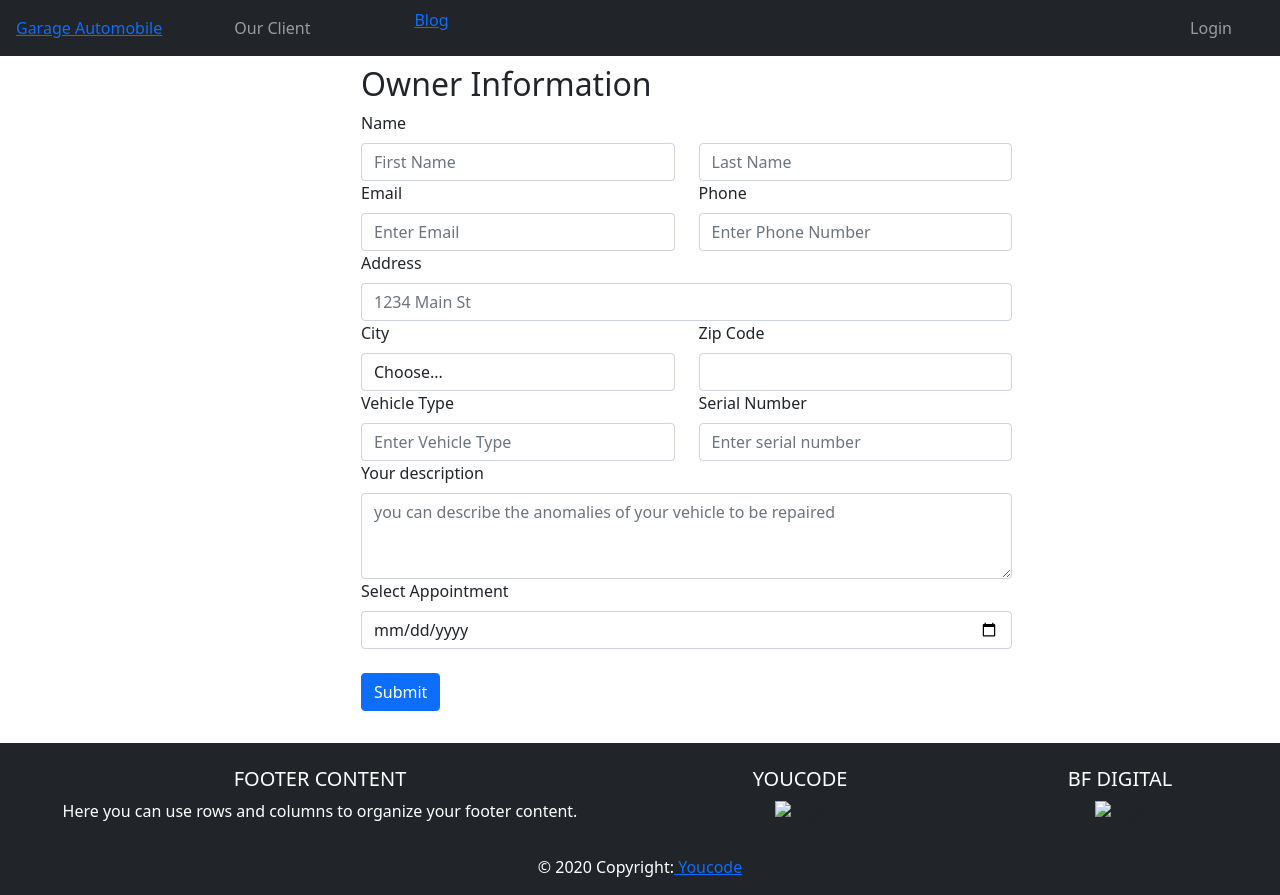
Repository: abdelhak-f/Fil-Rouge
Page: /FormGarage (app in client/)
The author's editor kept a copy of each file at every save. The page is drawn from the files as they stood at one save, then again after the next save.
The browser window is 1280 px wide. The pictures show the whole page.
The project was rebuilt for these pictures with package versions that can differ from the ones it lists, and the page was loaded fresh each time. Also part of the build but not shown: client/src/components/Text.jsx, client/src/components/forms/FirstFrontForm.jsx, client/src/components/Body.jsx, client/src/components/Blog.jsx.

Above is the page before, as saved 2021-09-09 15:11:45.

### client/public/index.html
<!DOCTYPE html>
<html lang="en">
  <head>
    <meta charset="utf-8" />
    <link rel="icon" href="%PUBLIC_URL%/favicon.ico" />
    <meta name="viewport" content="width=device-width, initial-scale=1" />
    <meta name="theme-color" content="#000000" />
    <meta
      name="description"
      content="Web site created using create-react-app"
    />
    <!--   import bootstrao  -->
    <link
  rel="stylesheet"
  href="https://cdn.jsdelivr.net/npm/bootstrap@5.1.0/dist/css/bootstrap.min.css"
  integrity="sha384-KyZXEAg3QhqLMpG8r+8fhAXLRk2vvoC2f3B09zVXn8CA5QIVfZOJ3BCsw2P0p/We"
  crossorigin="anonymous"
  />

    <link rel="apple-touch-icon" href="%PUBLIC_URL%/logo192.png" />
    <!--
      manifest.json provides metadata used when your web app is installed on a
      user's mobile device or desktop. See https://developers.google.com/web/fundamentals/web-app-manifest/
    -->
    <link rel="manifest" href="%PUBLIC_URL%/manifest.json" />
    <!--
      Notice the use of %PUBLIC_URL% in the tags above.
      It will be replaced with the URL of the `public` folder during the build.
      Only files inside the `public` folder can be referenced from the HTML.

      Unlike "/favicon.ico" or "favicon.ico", "%PUBLIC_URL%/favicon.ico" will
      work correctly both with client-side routing and a non-root public URL.
      Learn how to configure a non-root public URL by running `npm run build`.
    -->
    <title>React App</title>
  </head>
  <body>
    <noscript>You need to enable JavaScript to run this app.</noscript>
    <div id="root"></div>
    <!--
      This HTML file is a template.
      If you open it directly in the browser, you will see an empty page.

      You can add webfonts, meta tags, or analytics to this file.
      The build step will place the bundled scripts into the <body> tag.

      To begin the development, run `npm start` or `yarn start`.
      To create a production bundle, use `npm run build` or `yarn build`.
    -->
  </body>
</html>

### client/src/index.js
import React from 'react';
import ReactDOM from 'react-dom';
import './index.css';
import App from './App';
import reportWebVitals from './reportWebVitals';

// import bootstrap
import 'bootstrap/dist/css/bootstrap.min.css';

ReactDOM.render(
  <React.StrictMode>
    <App />
  </React.StrictMode>,
  document.getElementById('root')
);

// If you want to start measuring performance in your app, pass a function
// to log results (for example: reportWebVitals(console.log))
// or send to an analytics endpoint. Learn more: https://bit.ly/CRA-vitals
reportWebVitals();

### client/src/App.js
// import './App.css';
import React from 'react';

import Navbar from './components/Nnavbar';
import Body from './components/Body';
import Footer from './components/Footer';
import Blog from './components/Blog';
import FormGarage from './components/forms/FormGarage'

import { BrowserRouter as Router, Switch, Route } from 'react-router-dom';






function App() {
  return (


    <>
<Router>

     <Navbar />




    <Switch>
    <Route  path="/" exact component={Body} />
    <Route  path="/Blog" component={Blog} />
    <Route  path="/FormGarage" component={FormGarage} />
    </Switch>

    <Footer/>
</Router>
    </>

  );
}

export default App;

### client/src/components/Nnavbar.jsx
import React from 'react';
import { NavLink } from 'react-router-dom';

import * as ReactBootstrap from 'react-bootstrap';









function Navbar() {
    return(
      <>

            <ReactBootstrap.Navbar className="mb-5" collapseOnSelect expand="lg" bg="dark" variant="dark" fixed="top">

 <NavLink className="mx-3" to="/">Garage Automobile</NavLink>
 <ReactBootstrap.Navbar.Toggle aria-controls="responsive-navbar-nav" />
 <ReactBootstrap.Navbar.Collapse id="responsive-navbar-nav">
   <ReactBootstrap.Nav className="me-auto">
     <ReactBootstrap.Nav.Link className="mx-5" href="#features">Our Client</ReactBootstrap.Nav.Link>
     <NavLink  className="px-5" to="/blog">Blog</NavLink>
     {/* <ReactBootstrap.NavDropdown title="Dropdown" id="collasible-nav-dropdown">
       <ReactBootstrap.NavDropdown.Item href="#action/3.1">Action</ReactBootstrap.NavDropdown.Item>
       <ReactBootstrap.NavDropdown.Item href="#action/3.2">Another action</ReactBootstrap.NavDropdown.Item>
       <ReactBootstrap.NavDropdown.Item href="#action/3.3">Something</ReactBootstrap.NavDropdown.Item>
       <ReactBootstrap.NavDropdown.Divider />
       <ReactBootstrap.NavDropdown.Item href="#action/3.4">Separated link</ReactBootstrap.NavDropdown.Item>
     </ReactBootstrap.NavDropdown> */}
   </ReactBootstrap.Nav>
   <ReactBootstrap.Nav>
     <ReactBootstrap.Nav.Link href="#deets" className="px-5" > Login</ReactBootstrap.Nav.Link>
     {/* <ReactBootstrap.Nav.Link eventKey={2} href="#memes">
       Admin
     </ReactBootstrap.Nav.Link> */}
   </ReactBootstrap.Nav>
 </ReactBootstrap.Navbar.Collapse>

</ReactBootstrap.Navbar>





</>

    )
}

export default Navbar ;

### client/src/components/Footer.jsx
import React from "react";


function Footer () {
    return(
<footer  className="pt-4 page-footer font-small blue bg-dark ">
    <div className="text-center container-fluid text-md-left ">
        <div className="row">
            <div className="mt-3 text-white col-md-6 mt-md-0">
                <h5 className=" text-uppercase">Footer Content</h5>
                <p >Here you can use rows and columns to organize your footer content.</p>
            </div>

            <hr className="clearfix pb-0 w-100 d-md-none"/>

            <div className="mb-3 col-md-3 mb-md-0">
                <h5 className="text-white text-uppercase">Youcode</h5>
                <img src="" alt="logo" width={300} /></div>

            <div className="mb-3 col-md-3 mb-md-0">
                <h5 className="text-white text-uppercase " >BF Digital</h5>
                <img src="" alt="logo" width={300} />
            </div>
        </div>
    </div>

    <div className="py-3 text-center text-white footer-copyright " >© 2020 Copyright:
        <a href="https://www.youcode.ma/"> Youcode</a>
    </div>

</footer>
)

}

export default Footer

### client/src/components/forms/FormGarage.jsx
import React from 'react'
import {Form, Container,Jumbotron, Button, Row, Col} from 'react-bootstrap';
import '../css/style.css';

function FormGarage() {
    return (

        <Container className="mt-5 mb-3 form-inline">

            <Col md={{ span: 7, offset: 3 }}>
              <Jumbotron>
                <Form className="form-inline">
                  <Form.Group>
                    <h2>Owner Information</h2>
                    <Form.Label>Name</Form.Label>
                    <Row>
                      <Col>
                        <Form.Control placeholder="First Name"></Form.Control>
                      </Col>
                      <Col>
                        <Form.Control placeholder="Last Name"></Form.Control>
                      </Col>
                    </Row>
                  </Form.Group>
                  <Row>
                    <Form.Group as={Col} controlId="formGridEmail">
                      <Form.Label>Email</Form.Label>
                      <Form.Control type="email" placeholder="Enter Email" />
                    </Form.Group>
                    <Form.Group as={Col} controlId="formGridTel">
                      <Form.Label>Phone</Form.Label>
                      <Form.Control
                        type="telephone"
                        placeholder="Enter Phone Number"
                      />
                    </Form.Group>
                  </Row>
                  <Form.Group controlId="formGridAddress1">
                    <Form.Label>Address</Form.Label>
                    <Form.Control placeholder="1234 Main St" />
                  </Form.Group>

                  <Row>

                    <Form.Group as={Col} controlId="formGridState">
                      <Form.Label>City</Form.Label>
                      <Form.Control as="select">
                        <option>Choose...</option>
                        <option>Youssoufia</option>
                        <option>Safi</option>
                        <option>Marrakech</option>
                        <option>Agadir</option>
                        <option>Casablanca</option>
                        <option>Rabat</option>
                      </Form.Control>
                    </Form.Group>
                    <Form.Group as={Col} controlId="formGridCityZip">
                      <Form.Label>Zip Code</Form.Label>
                      <Form.Control />
                    </Form.Group>
                  </Row>
                  <Row>
                    <Form.Group as={Col} controlId="formGridEmail">
                      <Form.Label>Vehicle Type</Form.Label>
                      <Form.Control type="text" placeholder="Enter Vehicle Type" />
                    </Form.Group>
                    <Form.Group as={Col} controlId="formGridTel">
                      <Form.Label>Serial Number</Form.Label>
                      <Form.Control
                        type="number"
                        placeholder="Enter serial number"
                      />
                    </Form.Group>
                  </Row>
                  <Row>
                    <Form.Group className="" controlId="exampleForm.ControlTextarea1">
                      <Form.Label>Your description</Form.Label>
                      <Form.Control as="textarea" rows={3}
                        placeholder="you can describe the anomalies of your vehicle to be repaired"
                      />
                    </Form.Group>
                    <Form.Group as={Col} >
                    <Form.Label>Select Appointment</Form.Label>
                    <Form.Control
                      type="date"
                      // value={date}
                      // onChange={this.setDate}
                    />
                  </Form.Group>
                  {/* <Form.Group as={Col} >
                      <Form.Label>Choose a garagiste</Form.Label>
                      <Form.Control type="text" as="select" >
                       <option>Choose...</option>
                       </Form.Control>

                    </Form.Group> */}
                  </Row>
                  <br />


                  <Button className="mb-3"
                   variant="primary" type="submit">
                     Submit
                 </Button>

                </Form>
              </Jumbotron>
            </Col>


        </Container>

    )
}

export default FormGarage

### client/src/components/css/style.css

.Blog {
    margin-top: 5rem;
    margin-bottom: 5rem;
  }

  .form-inline {
      margin-top:  10%;
      width: 100%;
      height: 10%;
  }

Loaded but not shown: client/src/index.css (common file); client/src/reportWebVitals.js (common file)

After the next save:
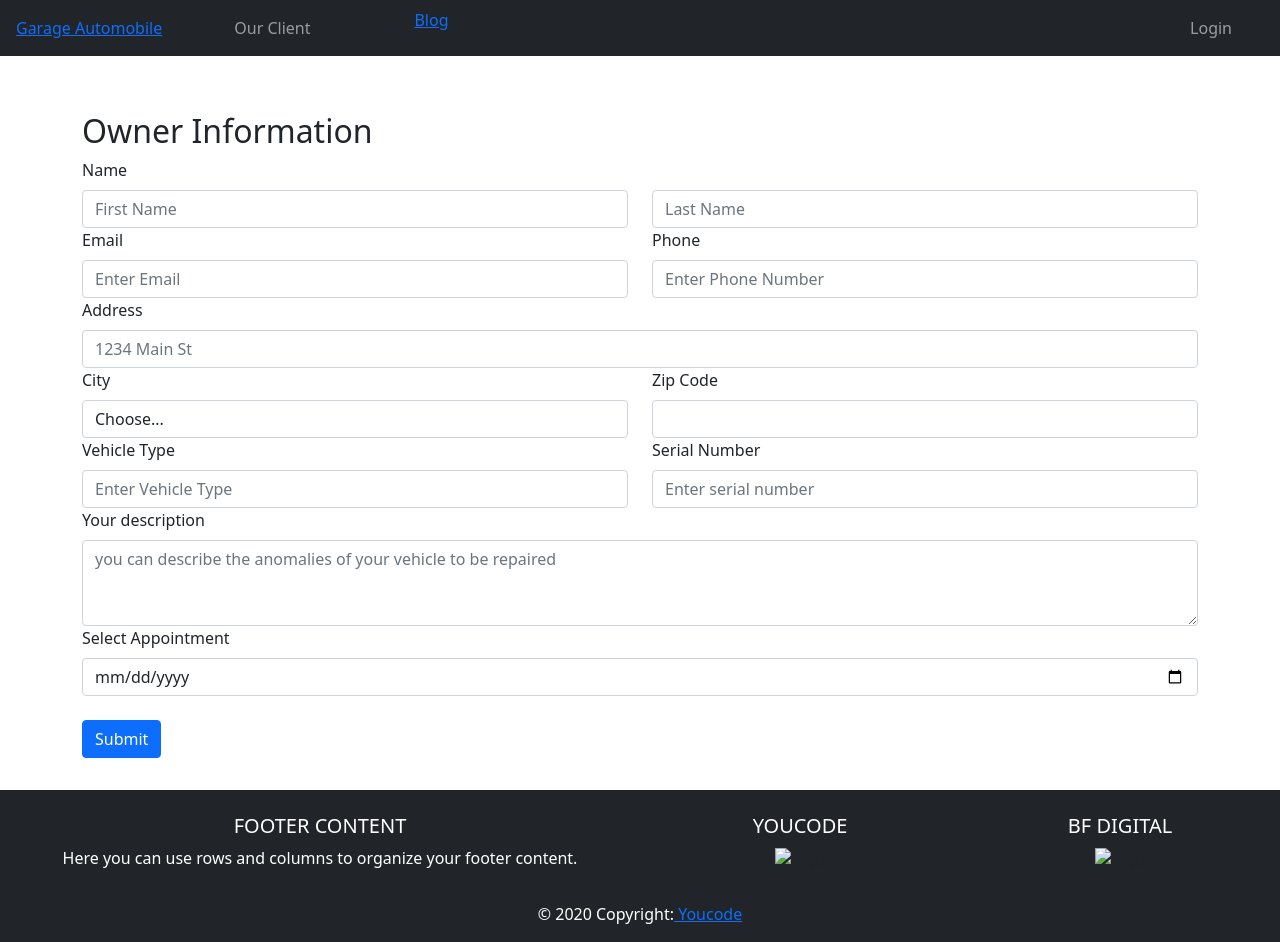
Saved 79 s later.
--- a/client/src/components/forms/FormGarage.jsx
+++ b/client/src/components/forms/FormGarage.jsx
@@ -7,7 +7,7 @@ function FormGarage() {
 
         <Container className="mt-5 mb-3 form-inline">
 
-            <Col md={{ span: 7, offset: 3 }}>
+            {/* <Col md={{ span: 7, offset: 3 }}> */}
               <Jumbotron>
                 <Form className="form-inline">
                   <Form.Group>
@@ -105,7 +105,7 @@ function FormGarage() {
 
                 </Form>
               </Jumbotron>
-            </Col>
+            {/* </Col> */}
 
 
         </Container>
